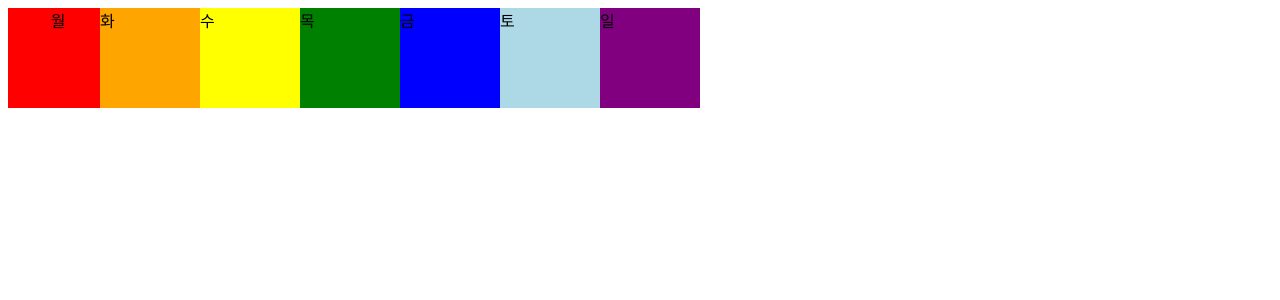
Repository: Jooheehan-kopo/web-workspace
Page: Lecture-web/WebContent/Jquery/weekdays.html
An editor plug-in stored every save of this project. The page is shown before and after the next save, followed by the edit.
The browser window is 1280 px wide. The pictures show the whole page.

Above is the page before, as saved 2021-06-17 07:57:12.

After the next save:
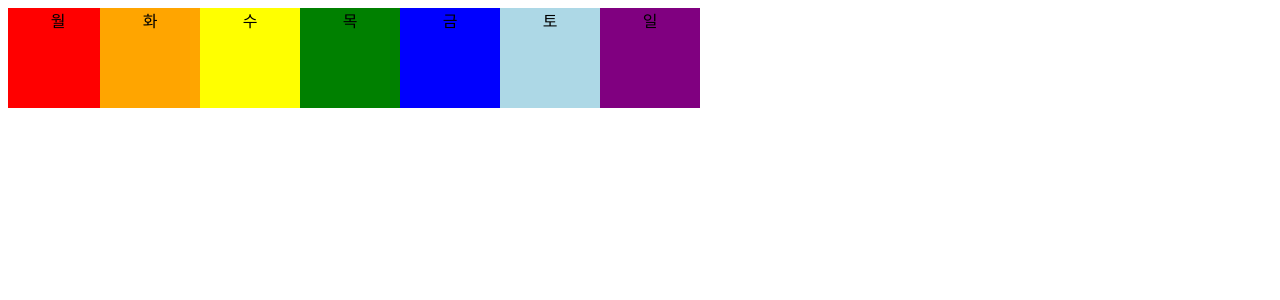
Saved 31 s later.
--- a/Lecture-web/WebContent/Jquery/weekdays.html
+++ b/Lecture-web/WebContent/Jquery/weekdays.html
@@ -18,6 +18,7 @@
 	left:100px;
 	background-color: orange;
 	position: absolute;
+	text-align: center;
 }
 #wed {
 	width: 100px;
@@ -25,6 +26,7 @@
 	left:200px;
 	background-color: yellow;
 	position: absolute;
+	text-align: center;
 }
 #thrs {
 	width: 100px;
@@ -32,6 +34,7 @@
 	left:300px;
 	background-color: green;
 	position: absolute;
+	text-align: center;
 }
 #fri {
 	width: 100px;
@@ -39,6 +42,7 @@
 	left:400px;
 	background-color: blue;
 	position: absolute;
+	text-align: center;
 }
 #sat {
 	width: 100px;
@@ -46,6 +50,7 @@
 	left:500px;
 	background-color: lightblue;
 	position: absolute;
+	text-align: center;
 }
 #sun {
 	width: 100px;
@@ -53,6 +58,7 @@
 	left:600px;
 	background-color: purple;
 	position: absolute;
+	text-align: center;
 }
 
 </style>
